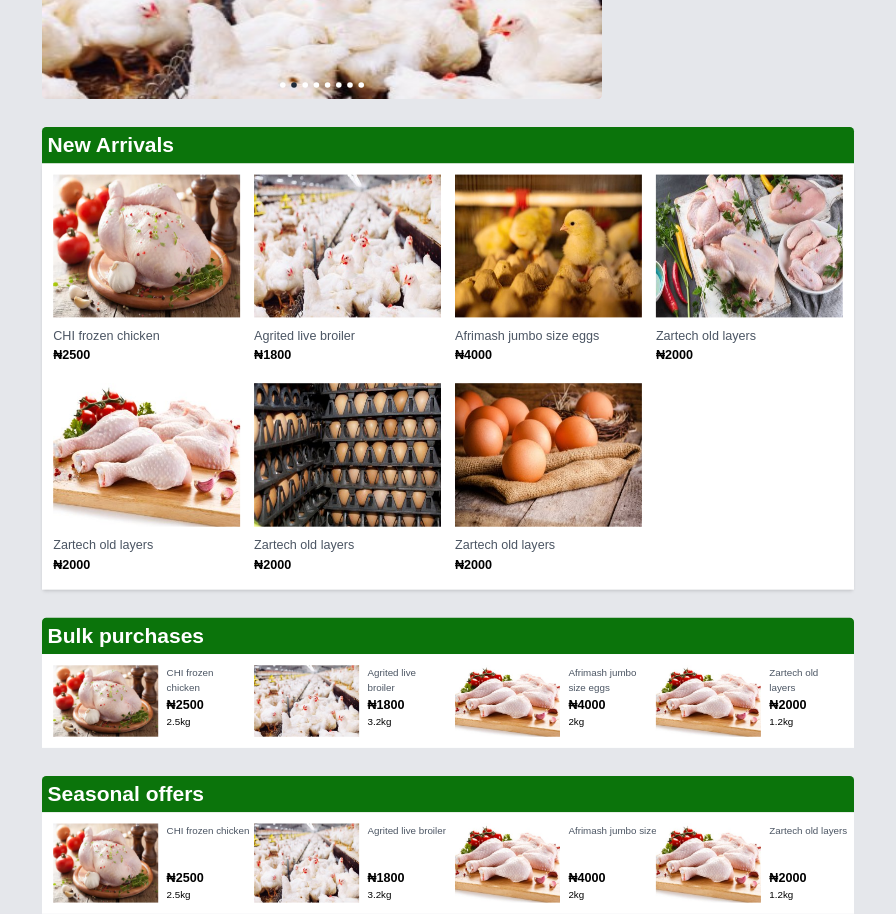
Repository: IssaMuiz/ifarmstock
Page: /
The author's editor kept a copy of each file at every save. The page is drawn from the files as they stood at one save, then again after the next save.
The browser window is 1280 px wide. The pictures show the part of the page from y = 338 to 2258 px (the page is 1644 px tall before and 7032 px after), at 70% of full size.
The project was rebuilt for these pictures with package versions that can differ from the ones it lists, and the page was loaded fresh each time. The framework's server and built-in components were replaced by stand-ins that run in the browser. Also part of the build but not shown: next.config.mjs.

Above is the page before, as saved 2024-08-31 06:51:25.

After the next save:
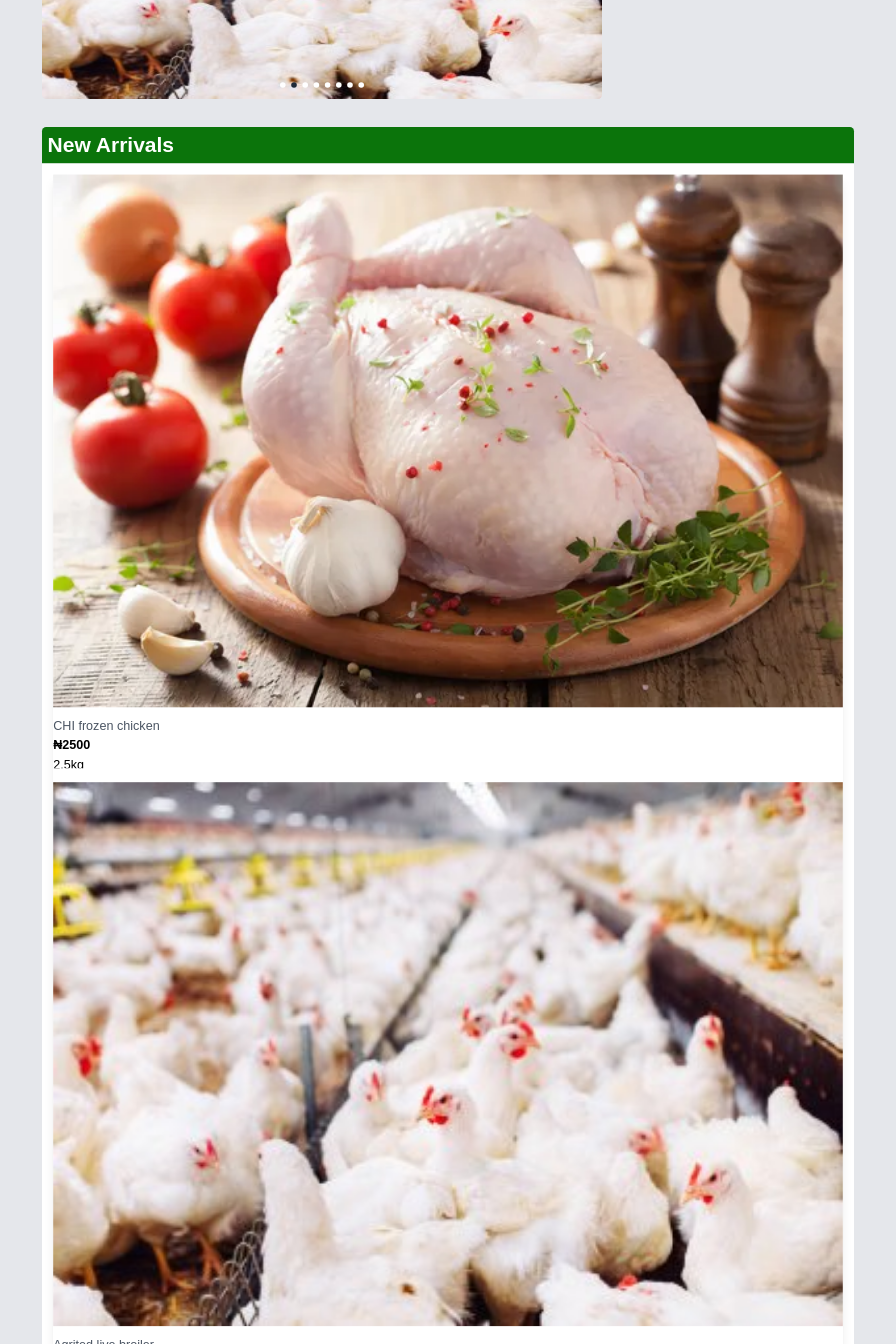
Saved 108 s later.
--- a/components/newArrivalsCards.tsx
+++ b/components/newArrivalsCards.tsx
@@ -2,8 +2,8 @@ import Image from "next/image";
 import newArrivalsCards from "../models/newArrivalsCards.json";
 const NewArrivalsCards = () => {
   return (
-    <div className="bg-white h-auto shadow-md p-4">
-      <div className="grid grid-cols-4 gap-5">
+    <div className="bg-white h-auto p-4">
+      <div className="grid grid-cols- shadow-lg gap-5">
         {newArrivalsCards.map((product, index) => (
           <div key={index} className="flex flex-col gap-3 ">
             <Image
